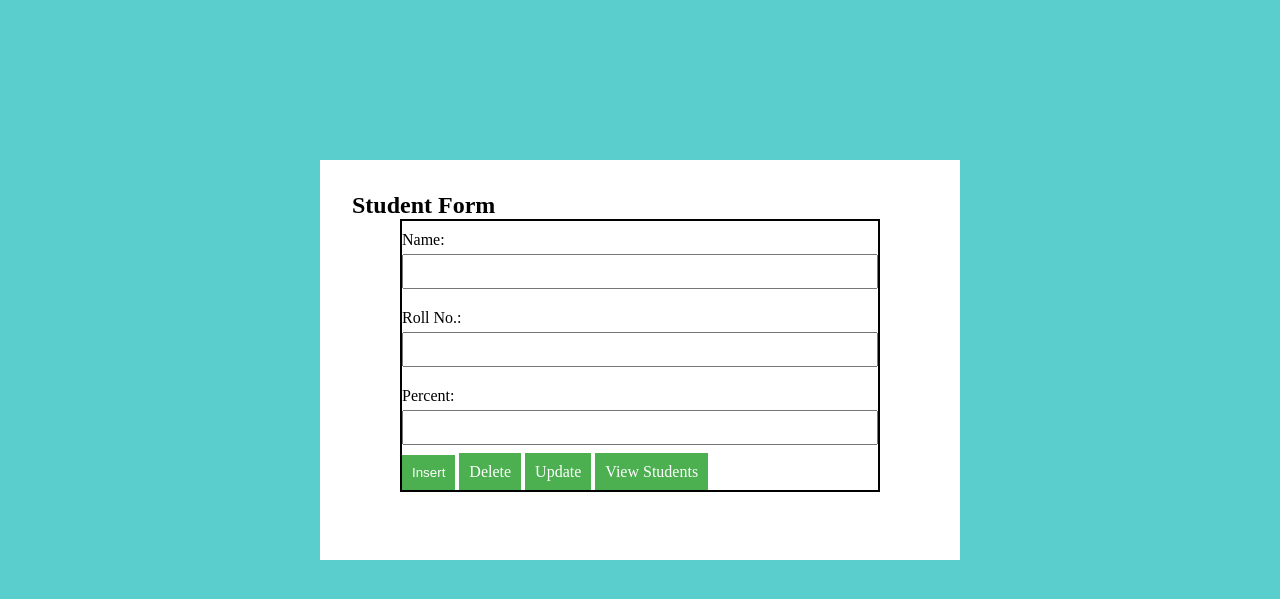
Repository: deeptimahisare1206/Todo_List
Page: http://localhost/Hib_Nest/
An editor plug-in stored every save of this project. The page is shown before and after the next save, followed by the edit.
The browser window is 1280 px wide. The pictures show the whole page.
The page is served by Tomcat 10. Other server files are loaded and not shown.

Above is the page before, as saved 2024-11-11 11:58:08.

### Hib_Nest/src/main/webapp/index.jsp
<%@ page language="java" contentType="text/html; charset=UTF-8"
	pageEncoding="UTF-8"%>
<html>
<head>
<style>
*{
margin:0;
padding:0;
box-sizing: border-box;

}
body {
display:grid;
place-items:center;
	background-color: #5acdcd;
	gap: 2rem;
	height: 100vh;
}

div{
padding:2rem;
	background-color: white;
	height: 25rem;
	width:50vw;
}

form {
    width: 30rem;
    border:2px solid black;
    margin: 0 auto;
}

label {
    display: block;
    margin: 10px 0 5px;
}

input[type="text"],
input[type="number"] {
    width: 100%;
    padding: 8px;
    margin-bottom: 10px;
}

input[type="submit"] ,a{
    background-color: #4CAF50;
    color: white;
    padding: 10px;
    border: none;
    cursor: pointer;
    text-decoration: none;
}

input[type="submit"]:hover {
    background-color: #45a049;
}
</style>
</head>
<body>
<div>
	<h2>Student Form</h2>

	<form action="Register" method="get">
		<label>Name:</label><input type="text" name="name"><label>Roll
			No.: </label> <input type="number" name="roll"> <label>Percent:
		</label><input type="number" name="percent"> <input type="submit"
			value="Insert">
			<a href="Delete.jsp">Delete</a>
			<a href="Update.jsp">Update</a>
			<a href="Display.jsp">View Students</a>
	</form>
	</div>
</body>
</html>

After the next save:
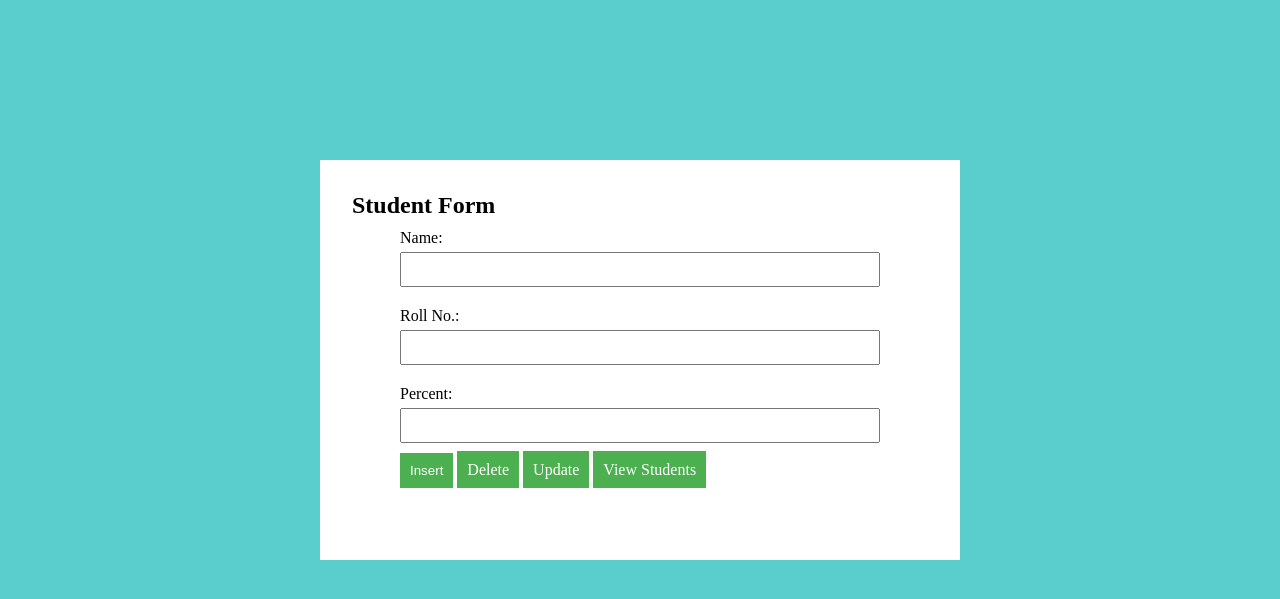
Saved 15 s later.
--- a/Hib_Nest/src/main/webapp/index.jsp
+++ b/Hib_Nest/src/main/webapp/index.jsp
@@ -26,7 +26,6 @@ padding:2rem;
 
 form {
     width: 30rem;
-    border:2px solid black;
     margin: 0 auto;
 }
 
